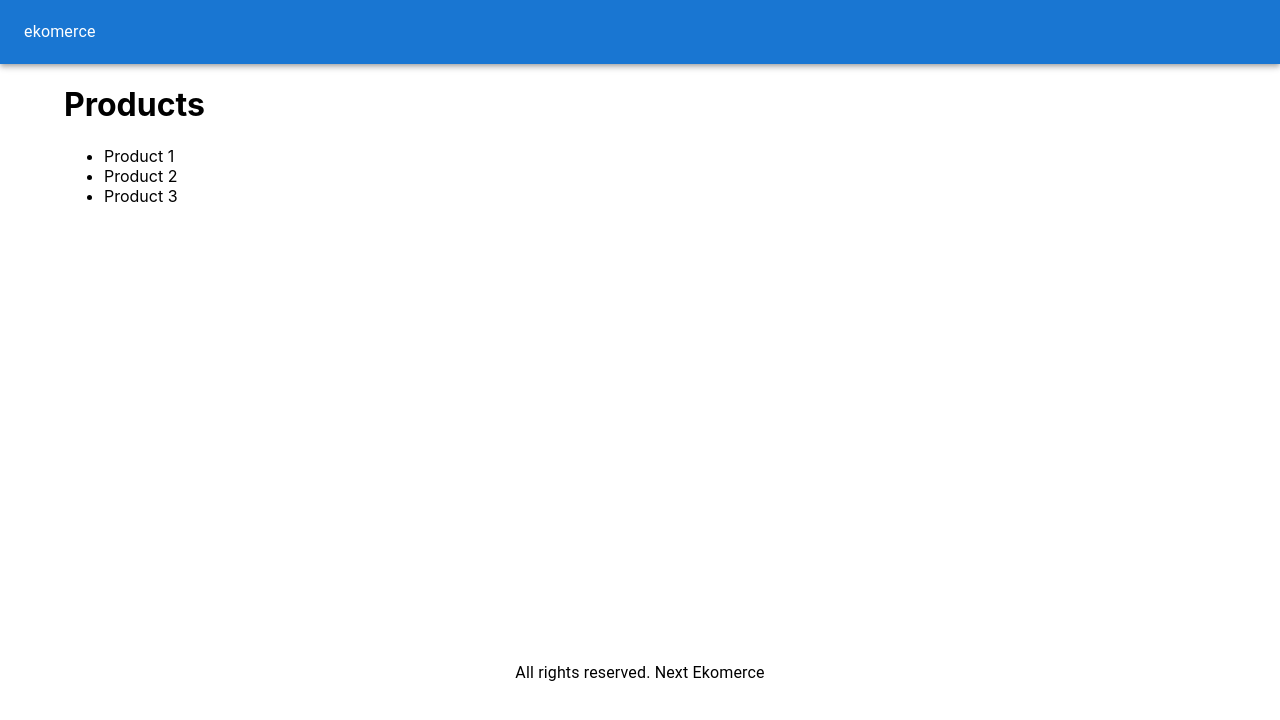
Repository: ChakmaSajib/ekomerce
Page: /
These files come from the project's save history. The page is drawn as it stood at one moment and after the next save; the edit follows.
The browser window is 1280 px wide. The pictures show the whole page.
The project was rebuilt for these pictures with package versions that can differ from the ones it lists, and the page was loaded fresh each time. The framework's server and built-in components were replaced by stand-ins that run in the browser. Also part of the build but not shown: next.config.js, styles/Home.module.css.

Above is the page before, as saved 2022-01-01 23:47:29.

After the next save:
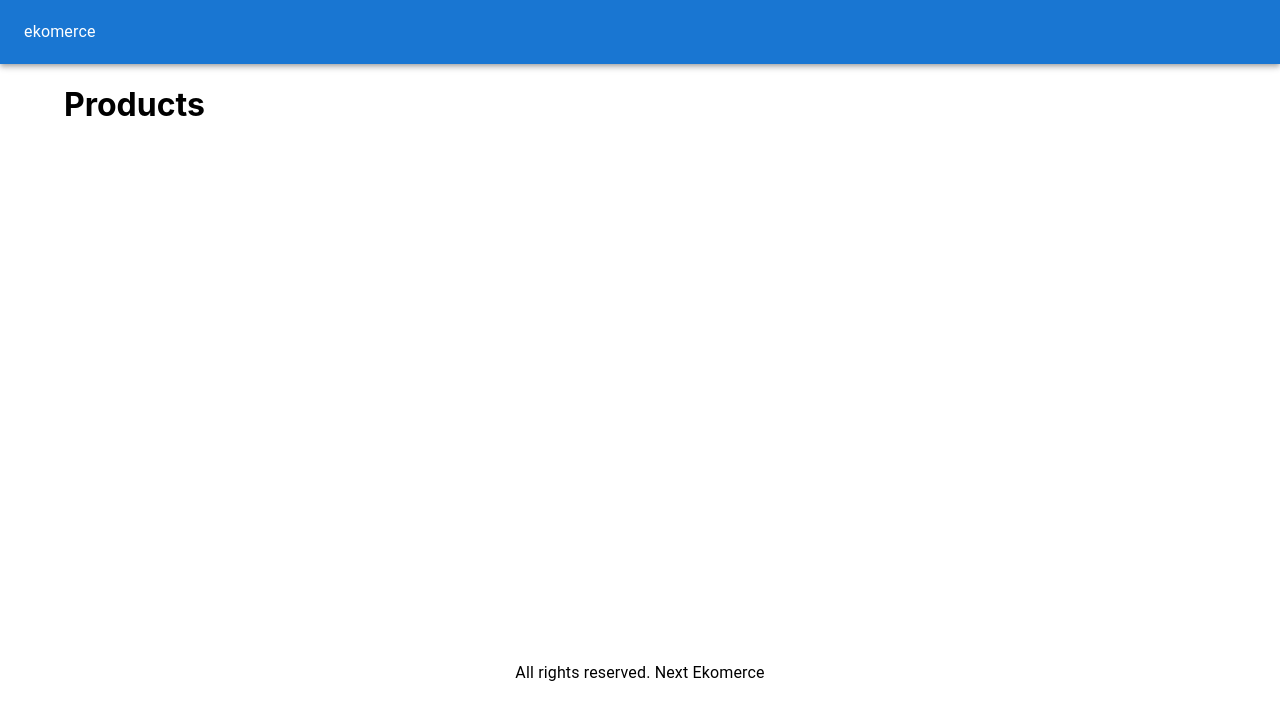
Saved 3 min 7 s later.
--- a/pages/index.js
+++ b/pages/index.js
@@ -8,11 +8,7 @@
     <Layout>
       <div>
         <h1>Products</h1>
-        <ul>
-          <li>Product 1</li>
-          <li>Product 2</li>
-          <li>Product 3</li>
-        </ul>
+
       </div>
     </Layout>
 
